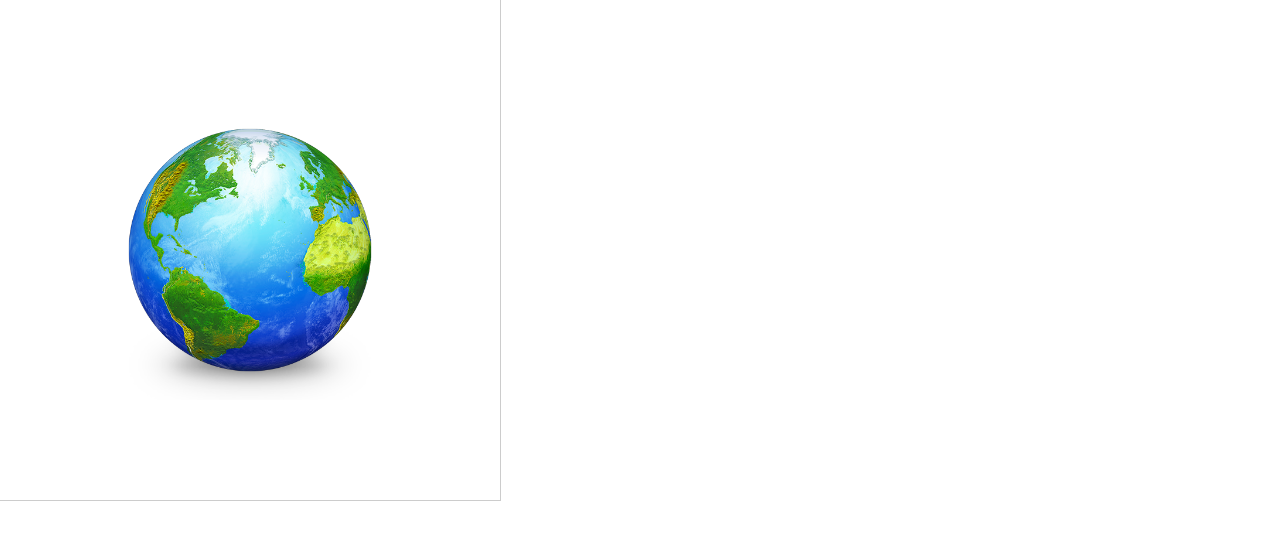
Repository: ivankovaa/HelloWorld
Page: orbita/index.html
The author's editor kept a record of every edit. The page is drawn from the files as they stood at one moment, then again after the next edit.
The browser window is 1280 px wide. The pictures show the whole page.

Above is the page before.

After the next edit:
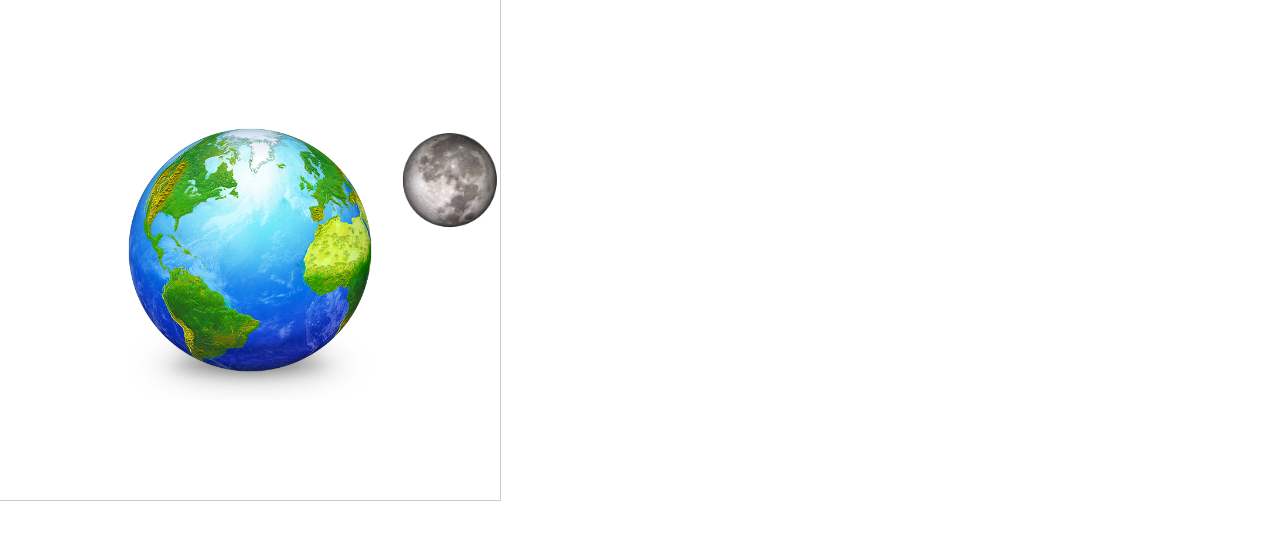
The edit:
--- a/orbita/style.css
+++ b/orbita/style.css
@@ -18,7 +18,7 @@
   position: absolute;
   top: 170px;
   left: 170px;
-  -webkit-animation: linear 5s orbita infinite;
+  -webkit-animation: linear 20s orbita infinite;
   z-index: 0;
 }
 

After the 2 edits that followed:
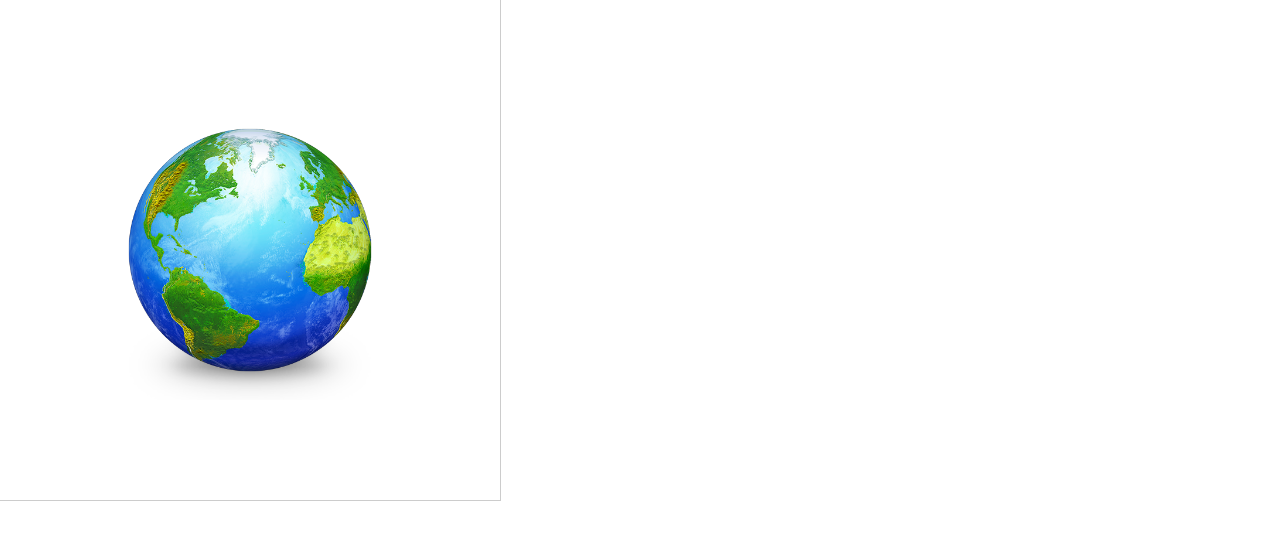
The 2 edits are shown as one change because 1 left the picture as it was.
The edit:
--- a/orbita/style.css
+++ b/orbita/style.css
@@ -18,7 +18,8 @@
   position: absolute;
   top: 170px;
   left: 170px;
-  -webkit-animation: linear 20s orbita infinite;
+  -webkit-animation: linear 5s orbita infinite;
+  animation: linear 5s orbita infinite;
   z-index: 0;
 }
 
@@ -31,3 +32,13 @@
   75%{top: 300px; left: 0; z-index: 0;}
   100%{width: 72px; transform: rotate(360deg);}
 }
+
+@keyframes orbita{
+  0%{width: 72px}
+  24%{z-index: 0;}
+  25%{left: 400px; top: 130px; z-index: 2;}
+  50%{width: 128px}
+  74%{z-index: 2;}
+  75%{top: 300px; left: 0; z-index: 0;}
+  100%{width: 72px; transform: rotate(360deg);}
+}
